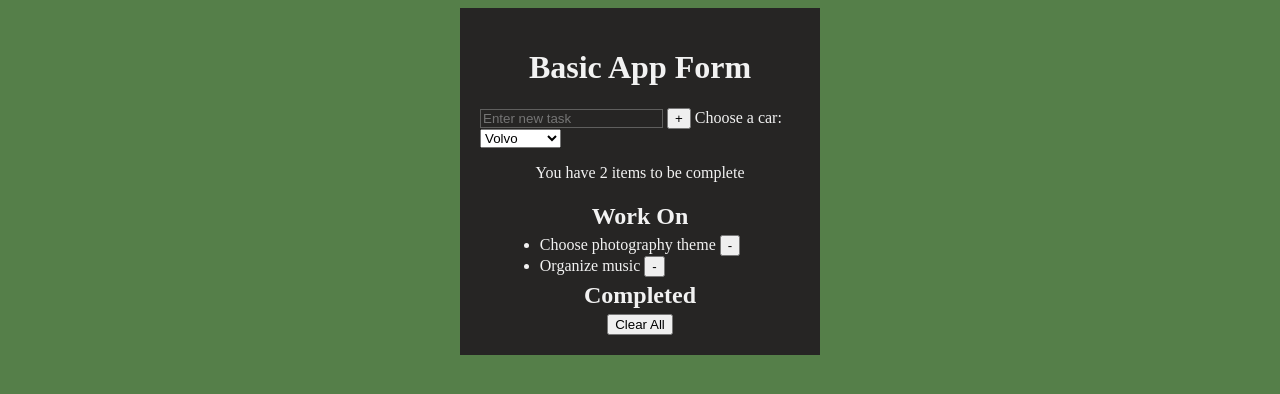
Repository: Kayla-amr/dgm_3760
Page: index.html
An editor plug-in stored every save of this project. The page is shown before and after the next save, followed by the edit.
The browser window is 1280 px wide. The pictures show the whole page.

Above is the page before, as saved 2022-11-29 10:51:23.

After the next save:
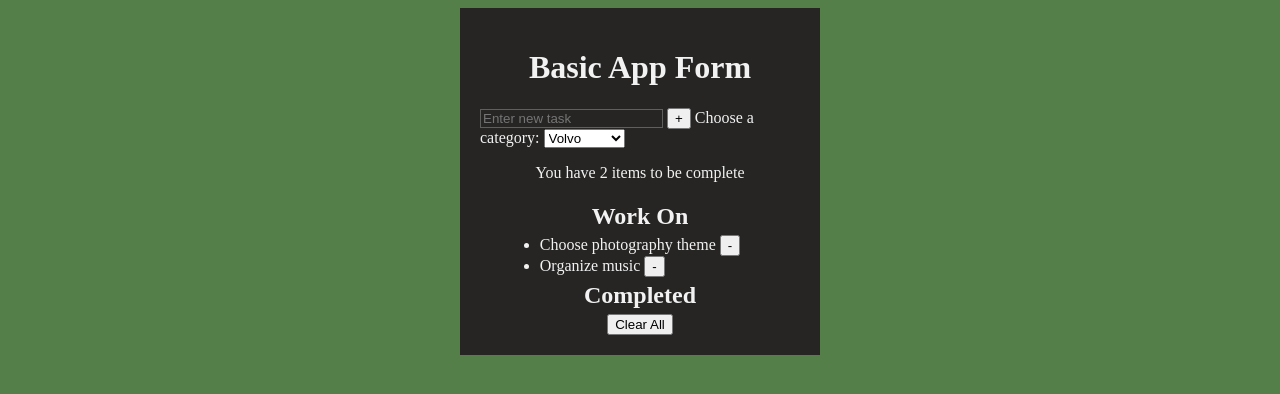
Saved 4 s later.
--- a/index.html
+++ b/index.html
@@ -17,7 +17,7 @@
                 <input class="userInput" type="text" placeholder="Enter new task">
                 <button class="addTask">+</button>
 
-                <label for="category">Choose a car:</label>
+                <label for="category">Choose a category:</label>
 
                 <select name="cars" id="cars">
                     <option value="volvo">Volvo</option>
